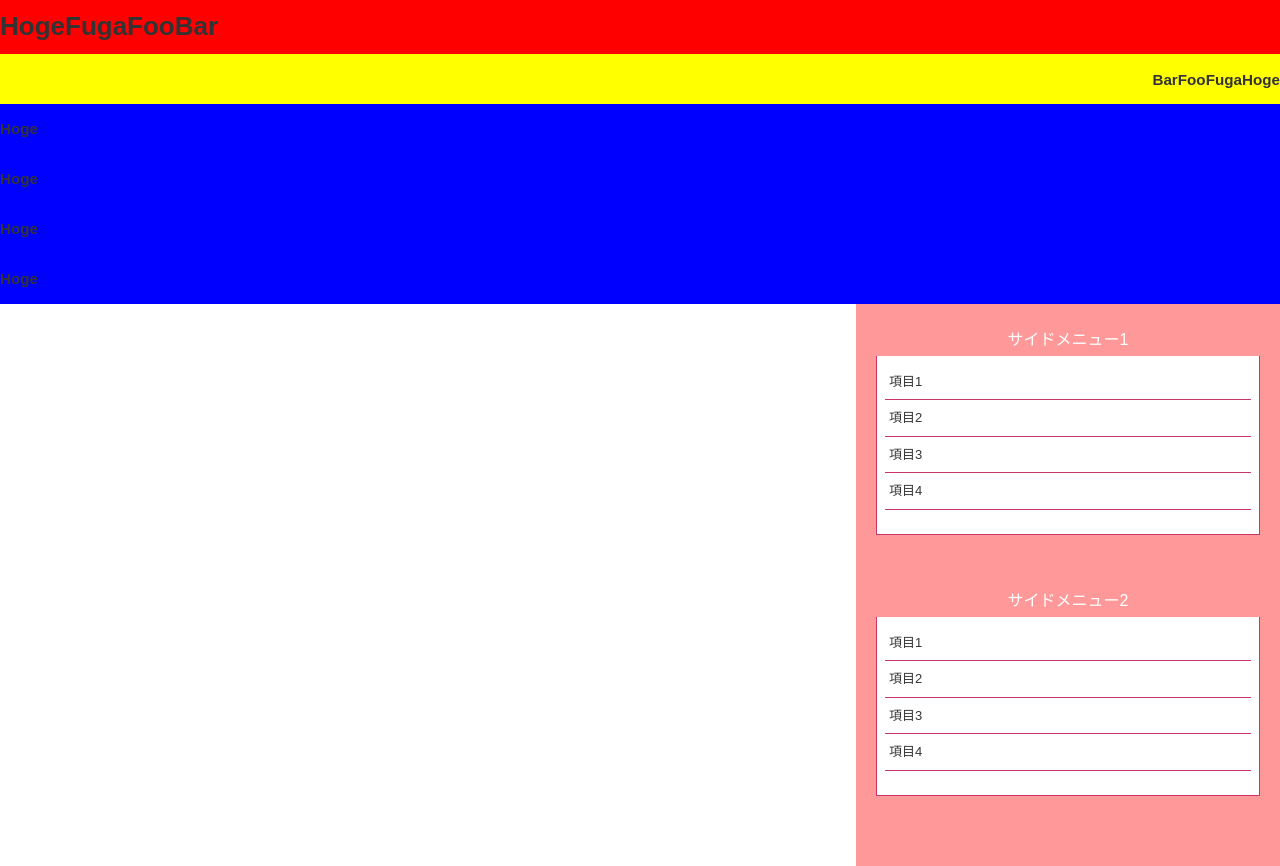
Repository: hyugo0804-xx/samurai_HTML-CSS
Page: sample.html
The author's editor kept a record of every edit. The page is drawn from the files as they stood at one moment, then again after the next edit.
The browser window is 1280 px wide. The pictures show the whole page.

Above is the page before.

After the next edit:
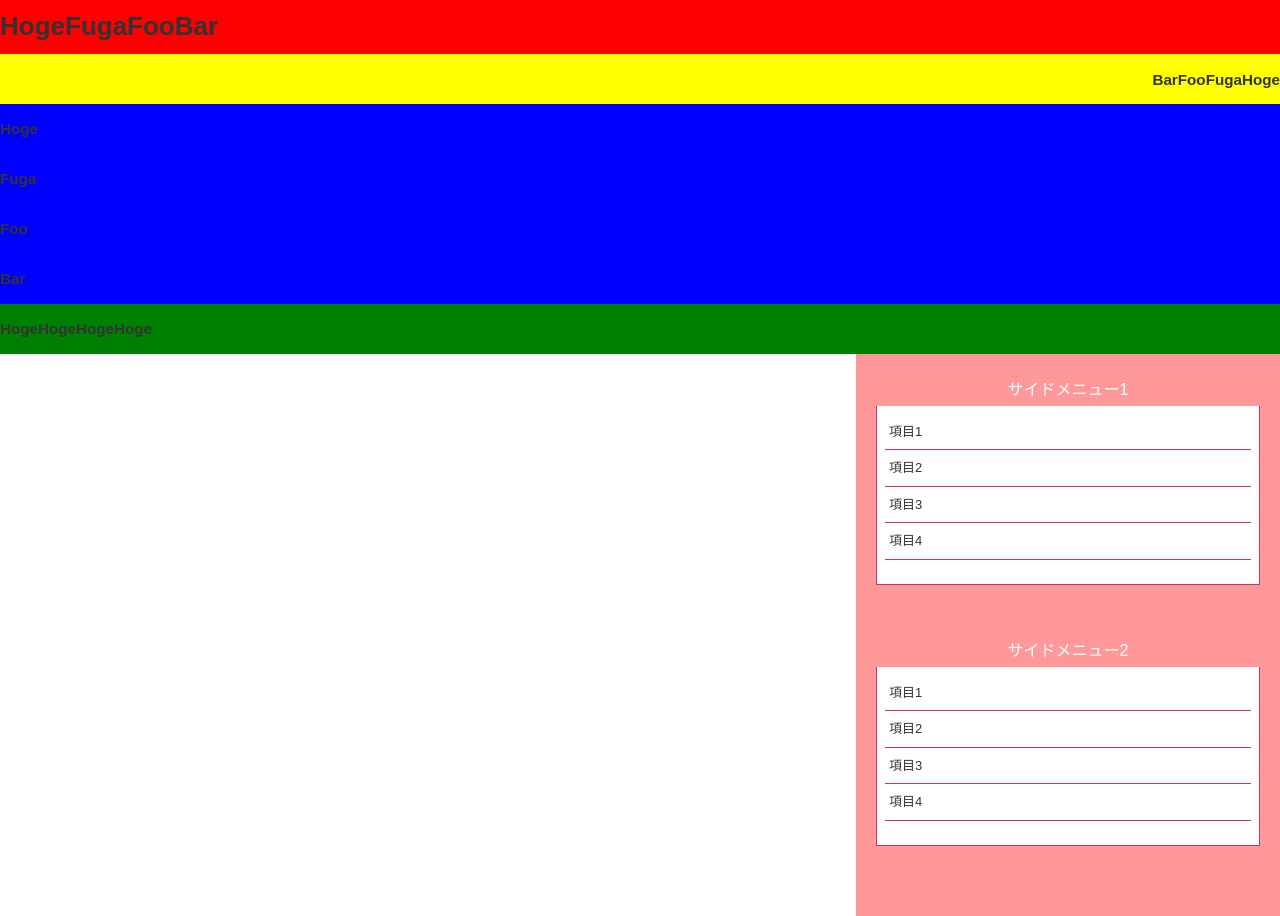
The edit:
--- a/sample.html
+++ b/sample.html
@@ -51,6 +51,13 @@
 
   <div id="column">
        <h3>Hoge</h3>
+       <h3>Fuga</h3>
+       <h3>Foo</h3>
+       <h3>Bar</h3>
+  </div>
+
+  <div id="column-reverse">
+       <h3>Hoge</h3>
        <h3>Hoge</h3>
        <h3>Hoge</h3>
        <h3>Hoge</h3>
